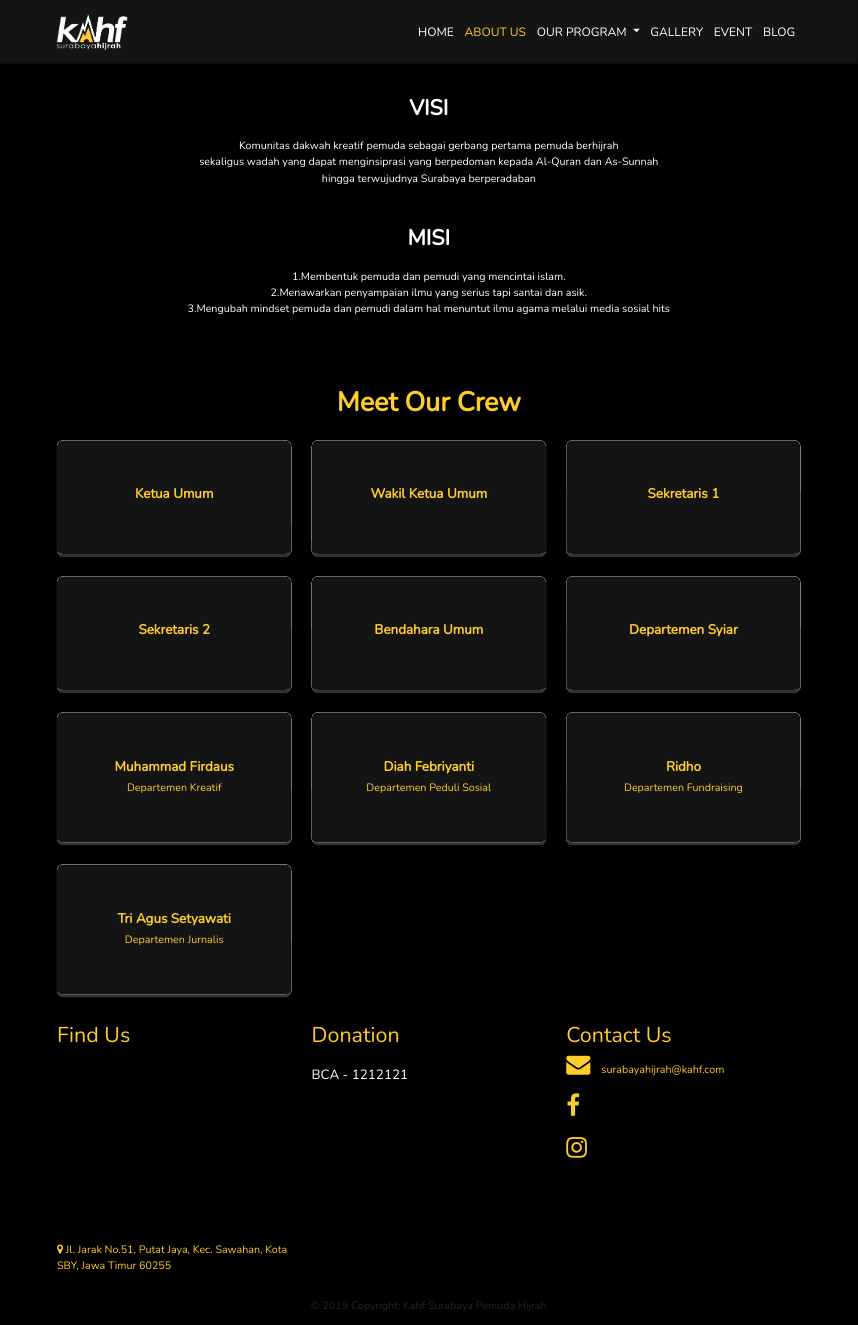
Repository: shandytp/surabaya-hijrah
Page: http://localhost/about.php
An editor plug-in stored every save of this project. The page is shown before and after the next save, followed by the edit.
The browser window is 1280 px wide. The pictures show the whole page, at 67% of full size.
Pictures or frames that could not be fetched are drawn as grey boxes. Some web libraries are served in a nearby version. The page is run by PHP 8.4 with error messages shown; the project is at /var/www/html/.

Above is the page before, as saved 2019-08-24 10:48:09.
Console error: TypeError: Cannot read properties of undefined (reading 'fn')

After the next save:
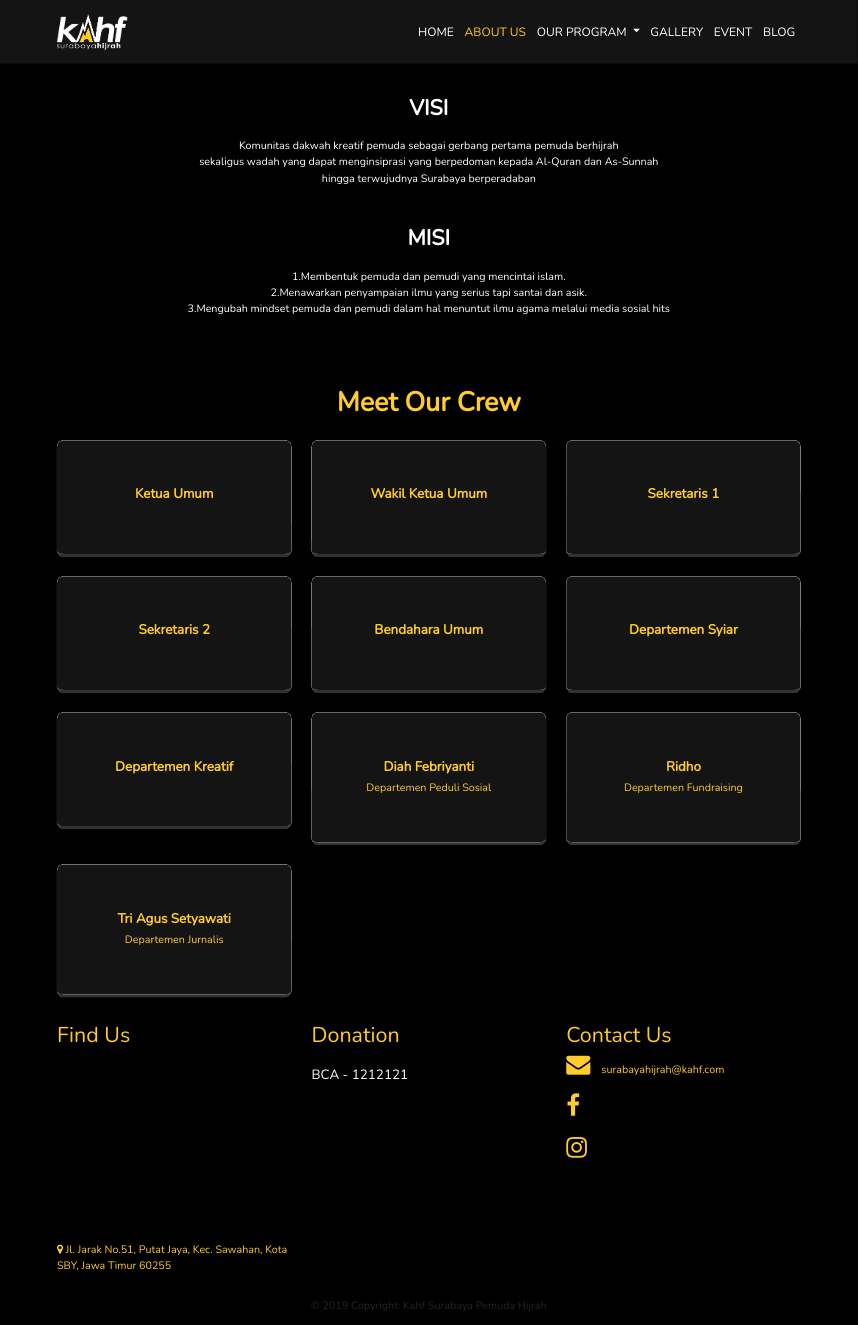
Saved 17 s later.
--- a/about.php
+++ b/about.php
@@ -229,27 +229,14 @@
   <div class="our-team-main">
 
   <div class="team-front">
-  <h3>Muhammad Firdaus</h3>
-  <p>Departemen Kreatif</p>
-  </div>
-
-  <div class="team-back">
-  <span>
-  Lorem ipsum dolor sit amet, consectetuer adipiscing elit. Aenean commodo ligula eget dolor. Aenean massa. Cum sociis
-  </span>
-     <div class="text-center">
-    <!-- just add href= for your links, like this: -->
-    <a href="http://facebook.com" class="btn btn-social-icon btn-facebook">
-    <i class="fa fa-facebook"></i></a>
-
-    <a class="btn btn-social-icon btn-github"><i class="fa fa-github"></i></a>
-    <a class="btn btn-social-icon btn-google-plus"><i class="fa fa-google-plus"></i></a>
-    <a class="btn btn-social-icon btn-instagram"><i class="fa fa-instagram"></i></a>
-    <a class="btn btn-social-icon btn-linkedin"><i class="fa fa-linkedin"></i></a>
-
-    <a class="btn btn-social-icon btn-twitter"><i class="fa fa-twitter"></i></a>
-
-  </div>
+  <h3>Departemen Kreatif</h3>
+  </div>
+
+  <div class="team-back">
+  <span>
+  Lorem ipsum dolor sit amet, consectetuer adipiscing elit. Aenean commodo ligula eget dolor. Aenean massa. Cum sociis
+  </span>
+
   </div>
 
   </div>
